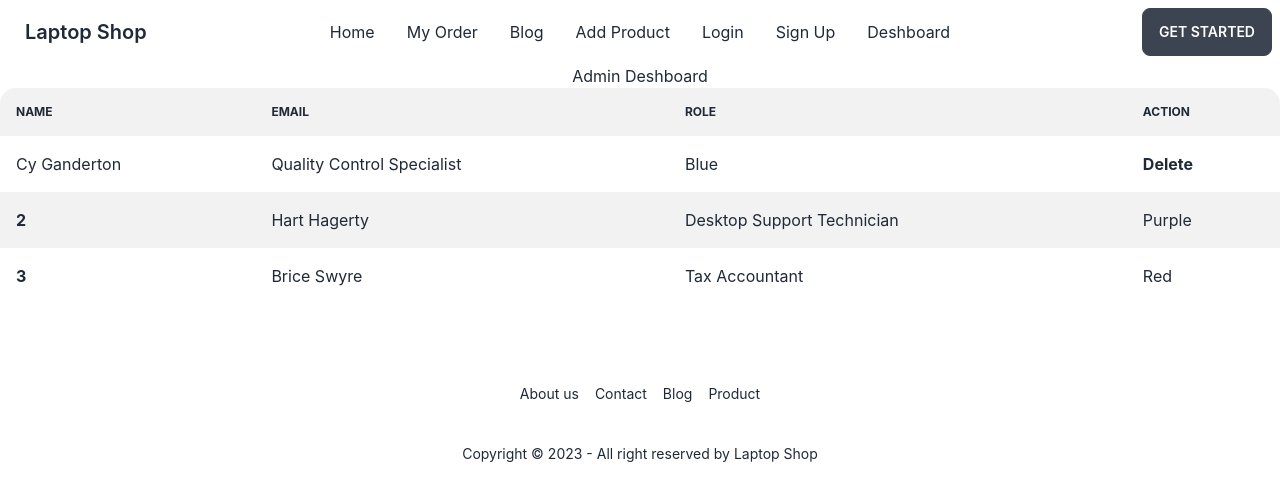
Repository: mdsajib50/E-commerce
Page: /deshboard
The author's editor kept a copy of each file at every save. The page is drawn from the files as they stood at one save, then again after the next save.
The browser window is 1280 px wide. The pictures show the whole page.
The project was rebuilt for these pictures with package versions that can differ from the ones it lists, and the page was loaded fresh each time. Also part of the build but not shown: src/Pages/AddProduct/AddProduct.js, src/Pages/Error/Error.js, src/Pages/Home/Banner/Banner.js, src/Pages/Home/Product/ProductCard.js, src/Pages/Home/Product/Product.js, src/Pages/Home/Home/Home.js, src/Pages/Home/Product/ProductCategory.js, src/Pages/Login/Login.js and 1 more.

Above is the page before, as saved 2023-01-12 20:29:01.

### src/index.js
import React from 'react';
import ReactDOM from 'react-dom/client';
import './index.css';
import App from './App';
import reportWebVitals from './reportWebVitals';
import AuthProvider from './context/AuthProvider/AuthProvider';

const root = ReactDOM.createRoot(document.getElementById('root'));
root.render(
  <React.StrictMode>
   <AuthProvider> <App /> </AuthProvider>
  </React.StrictMode>
);

// If you want to start measuring performance in your app, pass a function
// to log results (for example: reportWebVitals(console.log))
// or send to an analytics endpoint. Learn more: https://bit.ly/CRA-vitals
reportWebVitals();

### src/App.js
import logo from './logo.svg';
import './App.css';
import { RouterProvider } from 'react-router';
import router from './Routes/Router';

function App() {
  return (
    <div className="App">
        <RouterProvider router={router}></RouterProvider>
    </div>
  );
}

export default App;

### src/context/AuthProvider/AuthProvider.js
import { getAuth, createUserWithEmailAndPassword, signInWithEmailAndPassword, onAuthStateChanged } from 'firebase/auth';
import React, {createContext, useEffect, useState} from 'react';
import app from '../../firebase/firebase.config';

export const AuthContext = createContext();
const auth = getAuth(app)

const AuthProvider = ({children}) => {
    const [user, setUser] = useState(null)
    const [loading, setLoading] = useState(true)
    const createUser= (email, password)=>{
        return createUserWithEmailAndPassword(auth, email, password)
    }
    const login = (email, password)=>{
        return signInWithEmailAndPassword(auth, email, password)
    }

    useEffect(()=>{
        const unSubscribe = onAuthStateChanged(auth, currentUser =>{
            setUser(currentUser)
            setLoading(false)
         })
         return ()=> unSubscribe()


     },[])
    const authInfo = {
        auth,
        createUser,
        login,
        user,
        loading
    }
    return (
        <AuthContext.Provider value={authInfo}>
            {children}
        </AuthContext.Provider>
    );
};

export default AuthProvider;

### src/Routes/Router.js
import React from 'react';
import { createBrowserRouter } from 'react-router-dom';
import Main from '../Layout/Main/Main';
import AddProduct from '../Pages/AddProduct/AddProduct';
import Deshboard from '../Pages/Deshboard/Deshboard/Deshboard';
import Error from '../Pages/Error/Error';
import Home from '../Pages/Home/Home/Home';
import ProductCategory from '../Pages/Home/Product/ProductCategory';
import Login from '../Pages/Login/Login';
import SignUp from '../Pages/SignUp/SignUp';

const router = createBrowserRouter([
    {
        path: '/',
        element: <Main></Main>,
        children:[
            {
                path:'/',
                element:<Home></Home>
            },
            {
                path:'/home',
                element:<Home></Home>
            },
            {
                path: '/add-product',
                element: <AddProduct></AddProduct>
            },
            {
                path:'/login',
                element:<Login></Login>
            },
            {
                path:'/signup',
                element:<SignUp></SignUp>
            },
            {
                path:'/product-category/:id',
                loader:({params})=> fetch(`http://localhost:5001/product-category/${params.id}`),
                element:<ProductCategory></ProductCategory>
            },
            {
                path:'/deshboard',
                element:<Deshboard></Deshboard>
            }
        ]
    },
    {
        path:'/*',
        element:<Error></Error>
    }

])

export default router;

### src/firebase/firebase.config.js
// Import the functions you need from the SDKs you need
import { initializeApp } from "firebase/app";
// TODO: Add SDKs for Firebase products that you want to use
// https://firebase.google.com/docs/web/setup#available-libraries

// Your web app's Firebase configuration
const firebaseConfig = {
  apiKey:process.env.REACT_APP_apiKey,
  authDomain:process.env.REACT_APP_authDomain,
  projectId:process.env.REACT_APP_projectId,
  storageBucket:process.env.REACT_APP_storageBucket,
  messagingSenderId:process.env.REACT_APP_messagingSenderId,
  appId:process.env.REACT_APP_appId
};

// Initialize Firebase
const app = initializeApp(firebaseConfig);

export default app ;

### src/Layout/Main/Main.js
import React from 'react';
import { Outlet } from 'react-router';
import Footer from '../../Pages/Shared/Footer/Footer';
import Header from '../../Pages/Shared/Header/Header';

const Main = () => {
    return (
        <div>
            <Header></Header>
            <Outlet></Outlet>
            <Footer></Footer>
        </div>
    );
};

export default Main;

### src/Pages/Deshboard/Deshboard/Deshboard.js
import React from 'react';
import AllUser from '../AllUser/AllUser';

const Deshboard = () => {
    return (
        <div>
            <h1>Admin Deshboard</h1>
            <AllUser></AllUser>
        </div>
    );
};

export default Deshboard;

### src/Pages/Shared/Footer/Footer.js
import React from 'react';

const Footer = () => {
    return (
        <footer className="footer footer-center p-10 text-base-content rounded mt-10">
            <div className="grid grid-flow-col gap-4">
                <a className="link link-hover">About us</a>
                <a className="link link-hover">Contact</a>
                <a className="link link-hover">Blog</a>
                <a className="link link-hover">Product</a>
            </div>
            <div>
                <p>Copyright © 2023 - All right reserved by Laptop Shop</p>
            </div>
</footer>
    );
};

export default Footer;

### src/Pages/Shared/Header/Header.js
import React from 'react';
import { Link } from 'react-router-dom';

const Header = () => {
    return (
        <div className="navbar bg-base-100">
        <div className="navbar-start">
            <div className="dropdown">
            <label tabIndex={0} className="btn btn-ghost lg:hidden">
                <svg xmlns="http://www.w3.org/2000/svg" className="h-5 w-5" fill="none" viewBox="0 0 24 24" stroke="currentColor"><path strokeLinecap="round" strokeLinejoin="round" strokeWidth="2" d="M4 6h16M4 12h8m-8 6h16" /></svg>
            </label>
            <ul tabIndex={0} className="menu menu-compact dropdown-content mt-3 p-2 shadow bg-base-100 rounded-box w-52">
                <li><Link to='/home'>Home</Link></li>
                <li><Link to='/myorder'>My Order</Link></li>
                <li><Link to='/blog'>Blog</Link></li>
                <li><Link to='/add-product'>Add A Product</Link></li>
            </ul>
            </div>
            <a className="btn btn-ghost normal-case text-xl">Laptop Shop</a>
        </div>
        <div className="navbar-center hidden lg:flex">
            <ul className="menu menu-horizontal px-1">
                <li><Link to='/home'>Home</Link></li>
                <li><Link to='/myorder'>My Order</Link></li>
                <li><Link to='/blog'>Blog</Link></li>
                <li><Link to='/add-product'>Add Product</Link></li>
                <li><Link to='/login'>Login</Link></li>
                <li><Link to='/signup'>Sign Up</Link></li>
                <li><Link to='/deshboard'>Deshboard</Link></li>
            </ul>
        </div>
        <div className="navbar-end">
            <a className="btn">Get started</a>
        </div>
</div>
    );
};

export default Header;

### src/Pages/Deshboard/AllUser/AllUser.js
import React from 'react';

const AllUser = () => {
    return (
        <div className="overflow-x-auto">
  <table className="table table-zebra w-full">

    <thead>
      <tr>
        <th>Name</th>
        <th>Email</th>
        <th>Role</th>
        <th>Action</th>
      </tr>
    </thead>
    <tbody>

      <tr>
        <td>Cy Ganderton</td>
        <td>Quality Control Specialist</td>
        <td>Blue</td>
        <th><button>Delete</button></th>
      </tr>

      <tr>
        <th>2</th>
        <td>Hart Hagerty</td>
        <td>Desktop Support Technician</td>
        <td>Purple</td>
      </tr>

      <tr>
        <th>3</th>
        <td>Brice Swyre</td>
        <td>Tax Accountant</td>
        <td>Red</td>
      </tr>
    </tbody>
  </table>
</div>
    );
};

export default AllUser;

Loaded but not shown: src/index.css (common file); src/reportWebVitals.js (common file); src/App.css (common file); tailwind.config.js (common file)

After the next save:
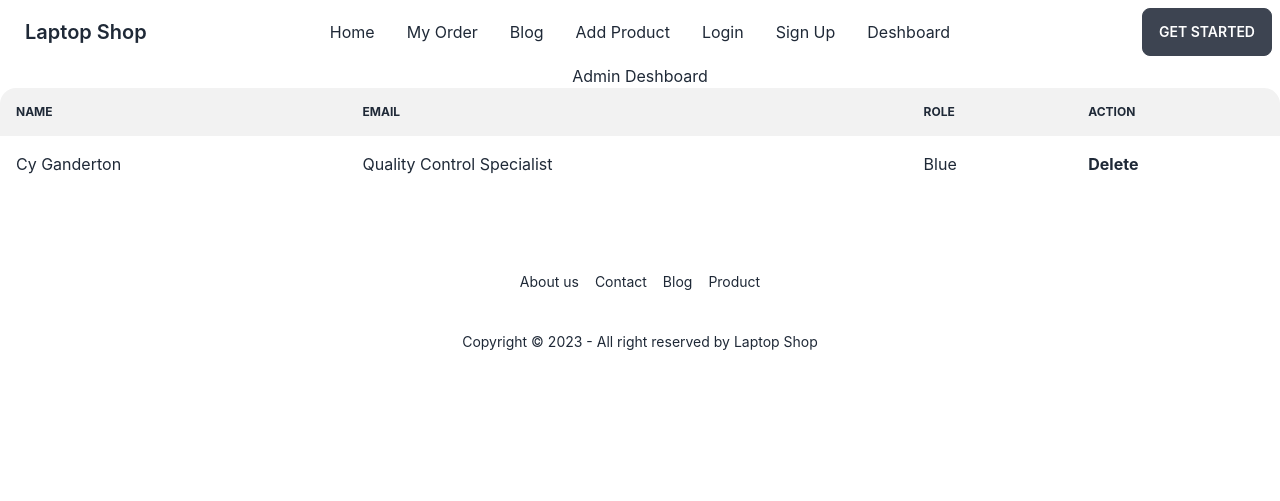
Saved 18 s later.
--- a/src/Pages/Deshboard/AllUser/AllUser.js
+++ b/src/Pages/Deshboard/AllUser/AllUser.js
@@ -22,19 +22,7 @@ const AllUser = () => {
         <th><button>Delete</button></th>
       </tr>
 
-      <tr>
-        <th>2</th>
-        <td>Hart Hagerty</td>
-        <td>Desktop Support Technician</td>
-        <td>Purple</td>
-      </tr>
 
-      <tr>
-        <th>3</th>
-        <td>Brice Swyre</td>
-        <td>Tax Accountant</td>
-        <td>Red</td>
-      </tr>
     </tbody>
   </table>
 </div>
